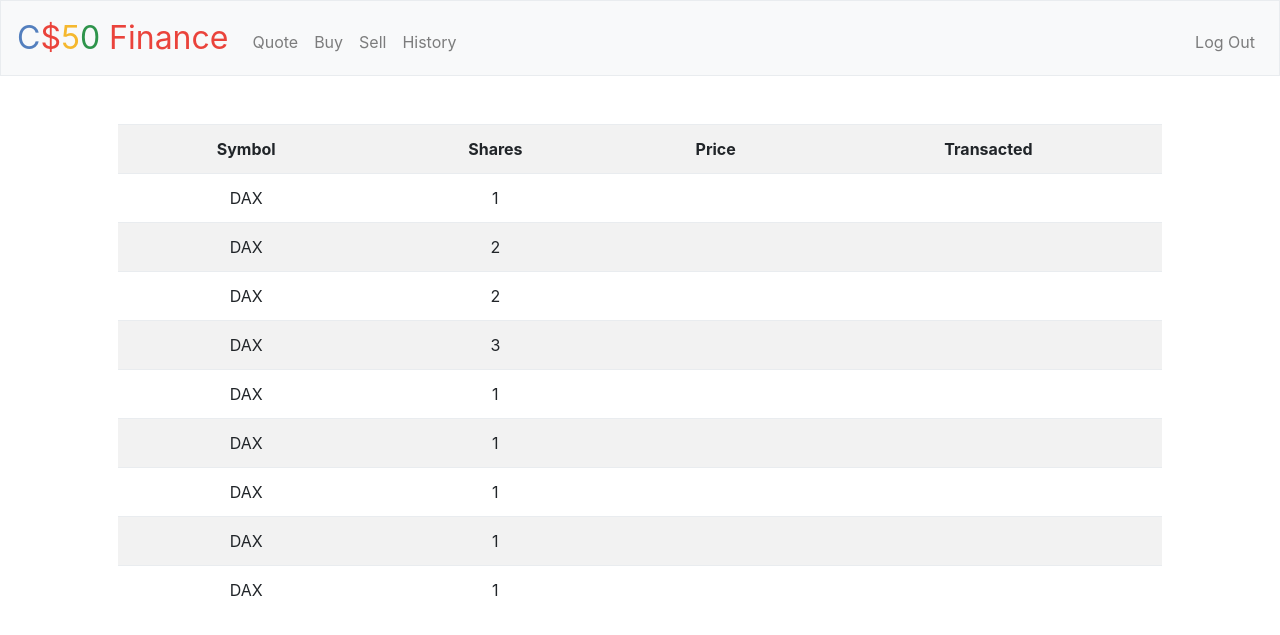
Repository: f41lure/cs50
Page: http://localhost/history
The author's editor kept a record of every edit. The page is drawn from the files as they stood at one moment, then again after the next edit.
The browser window is 1280 px wide. The pictures show the whole page.
Some web libraries are served in a nearby version. The page is served by the project's application, run on Flask 3 (pset7/finance/application.py). The session is filled in as if someone had signed in: {"user_id": 1}. The page reads the database file committed with the project.

Above is the page before.

After the next edit:
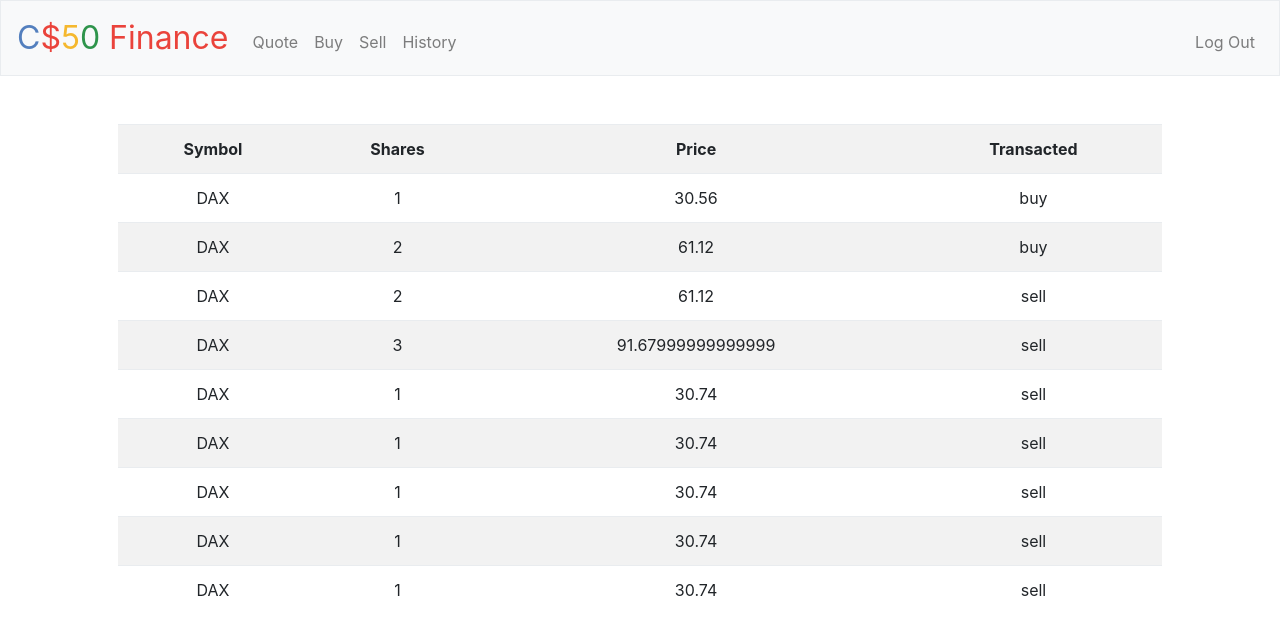
The edit:
--- a/pset7/finance/templates/history.html
+++ b/pset7/finance/templates/history.html
@@ -16,8 +16,8 @@
       <tr>
         <td>{{ history.stock }}</td>
         <td>{{ history.shares }}</td>
-        <td>{{ history.price }}</td>
-        <td>{{ history.transacted }}</td>
+        <td>{{ history.total }}</td>
+        <td>{{ history.type }}</td>
       </tr>
     {% endfor %}
     </table>
